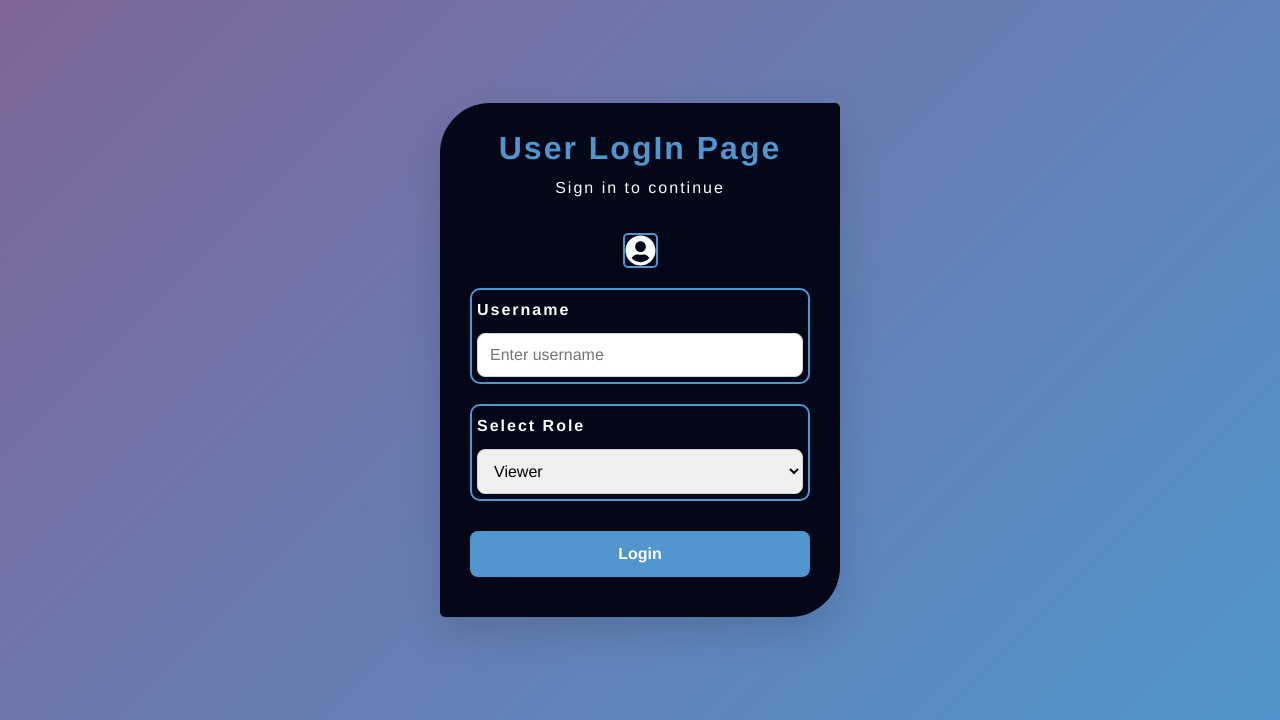
Repository: SolomonChinonso/myUserDashboard
Page: / (app in my-user-dashboard-app/)
The author's editor kept a copy of each file at every save. The page is drawn from the files as they stood at one save, then again after a run of saves.
The browser window is 1280 px wide. The pictures show the whole page.
The project was rebuilt for these pictures with package versions that can differ from the ones it lists, and the page was loaded fresh each time. Also part of the build but not shown: my-user-dashboard-app/vite.config.ts, my-user-dashboard-app/src/App.css, my-user-dashboard-app/src/pages/global.css, my-user-dashboard-app/src/pages/Dashboard.tsx, my-user-dashboard-app/src/pages/Profile.tsx, my-user-dashboard-app/src/pages/Settings.tsx, my-user-dashboard-app/src/components/Navbar.tsx, my-user-dashboard-app/src/components/ProtectedRoute.tsx.

Above is the page before, as saved 2026-05-31 16:02:35.

After the next 3 saves:
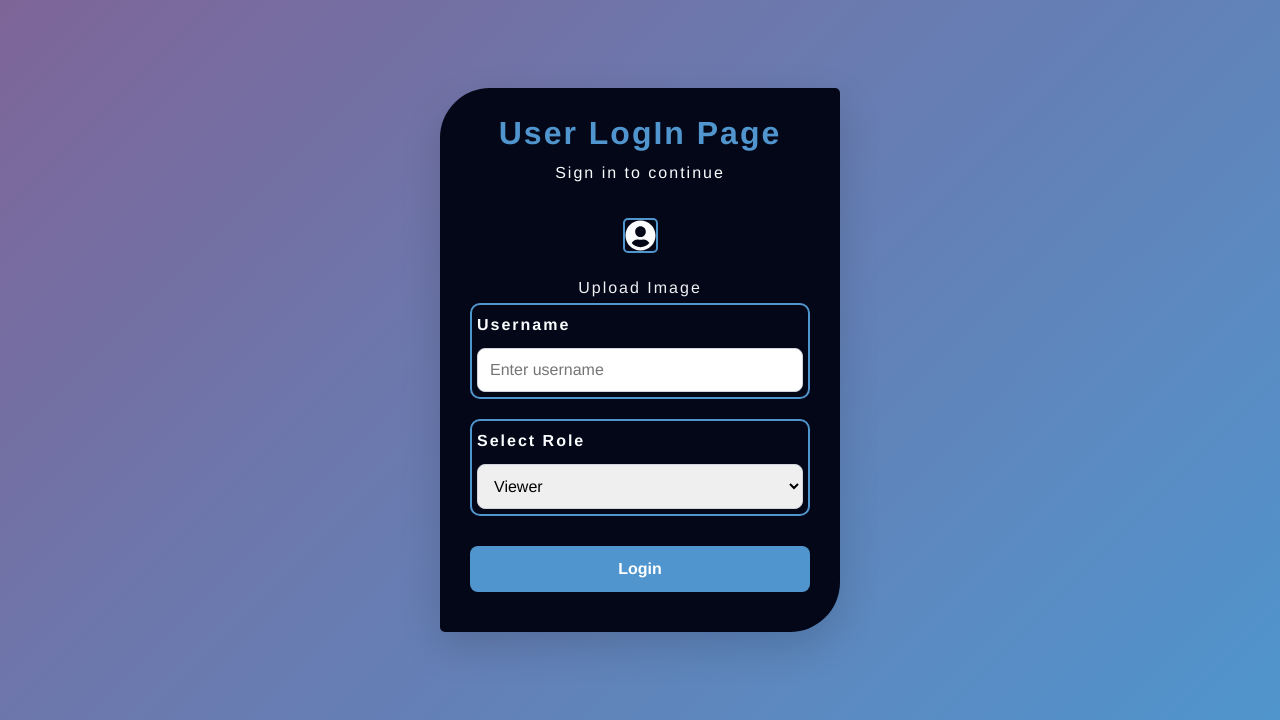
The 3 saves are shown as one change because they came seconds apart.
The last was saved 11 s later.
--- a/my-user-dashboard-app/src/pages/Login.tsx
+++ b/my-user-dashboard-app/src/pages/Login.tsx
@@ -29,7 +29,7 @@ const Login = () => {
         </p>
         <span>
           <FaUserCircle size={35} className="profile-pix" />
-          <p></p>
+          <p>Upload Image</p>
         </span>
         <div className="form-group">
           <label>Username</label>
